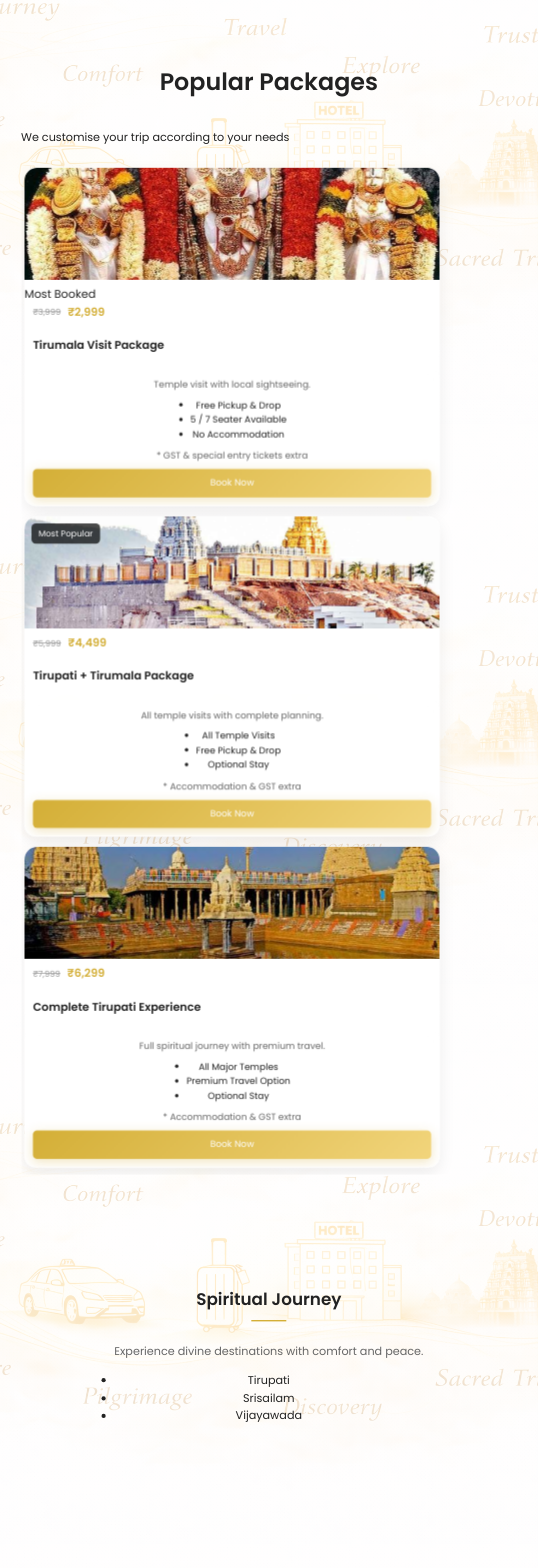
Repository: heytirupati/Bookingweb
Page: index.html
The author's editor kept a copy of each file at every save. The page is drawn from the files as they stood at one save, then again after the next save.
The browser window is 768 px wide. The pictures show the part of the page from y = 1794 to 4034 px (the page is 4914 px tall before and 4888 px after), at 70% of full size.
Backgrounds fixed to the window are drawn as part of the page.

Above is the page before, as saved 2026-03-28 12:35:14.

After the next save:
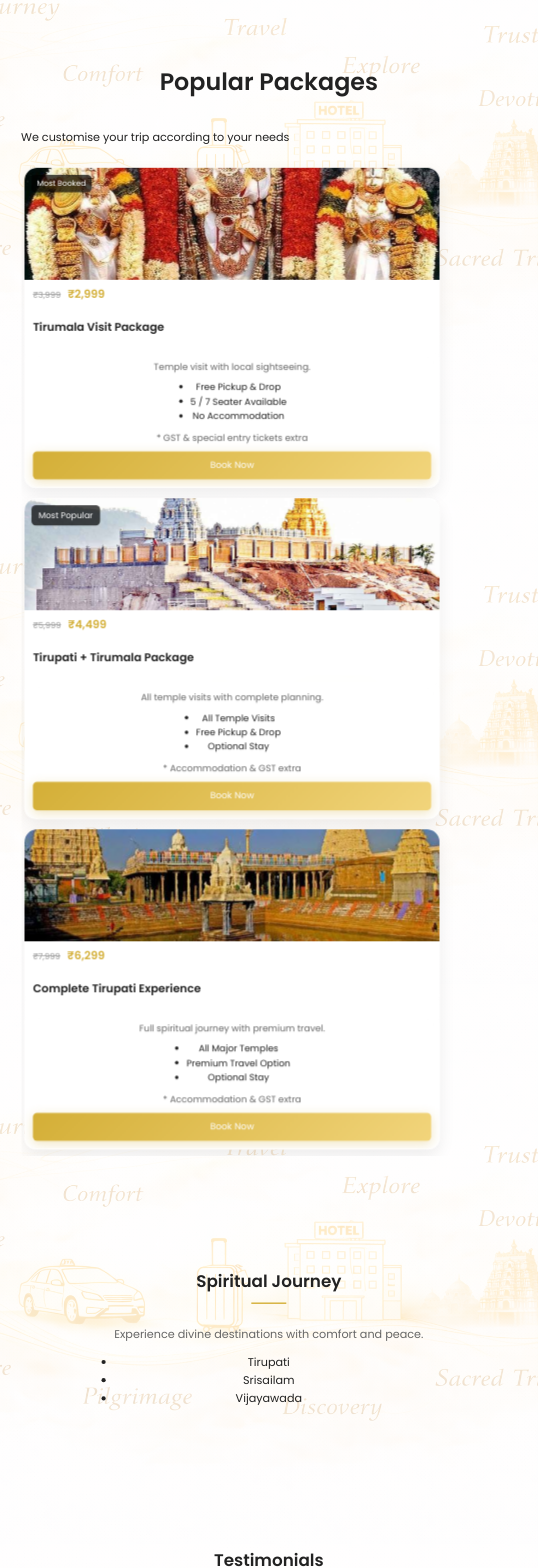
Saved 6 s later.
--- a/css/style.css
+++ b/css/style.css
@@ -871,7 +871,30 @@
     }
 
 
-
+    /* MOST BOOKED TAG */
+.most-booked {
+    position: absolute;
+    top: 10px;
+    left: 10px;
+
+    font-size: 11px;
+    font-weight: 500;
+
+    padding: 4px 8px;
+    border-radius: 6px;
+
+    background: rgba(0,0,0,0.7);
+    color: #fff;
+}
+
+/* SLIGHT HIGHLIGHT */
+.package-card:hover {
+    transform: translateY(-8px);
+}
+
+.package-card .most-booked {
+    box-shadow: 0 4px 10px rgba(0,0,0,0.2);
+}
 
     /* BUTTON */
     .package-back .btn {

After the save that followed:
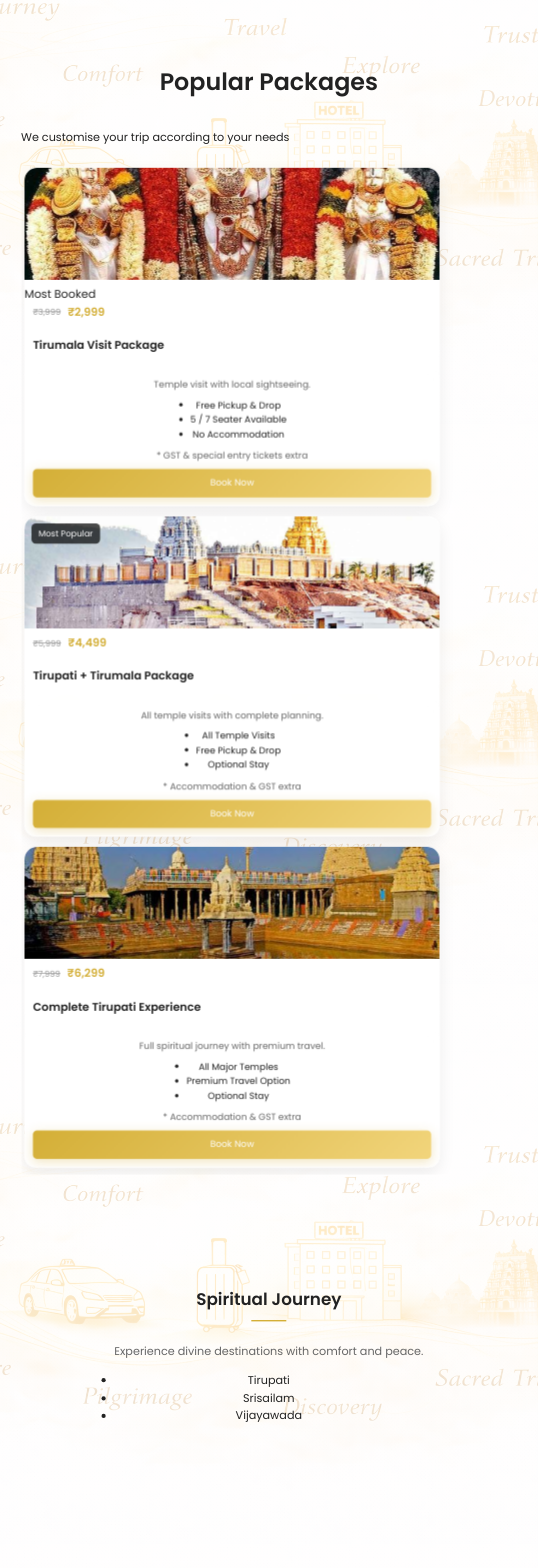
Saved 21 s later.
--- a/css/style.css
+++ b/css/style.css
@@ -871,30 +871,7 @@
     }
 
 
-    /* MOST BOOKED TAG */
-.most-booked {
-    position: absolute;
-    top: 10px;
-    left: 10px;
-
-    font-size: 11px;
-    font-weight: 500;
-
-    padding: 4px 8px;
-    border-radius: 6px;
-
-    background: rgba(0,0,0,0.7);
-    color: #fff;
-}
-
-/* SLIGHT HIGHLIGHT */
-.package-card:hover {
-    transform: translateY(-8px);
-}
-
-.package-card .most-booked {
-    box-shadow: 0 4px 10px rgba(0,0,0,0.2);
-}
+
 
     /* BUTTON */
     .package-back .btn {
